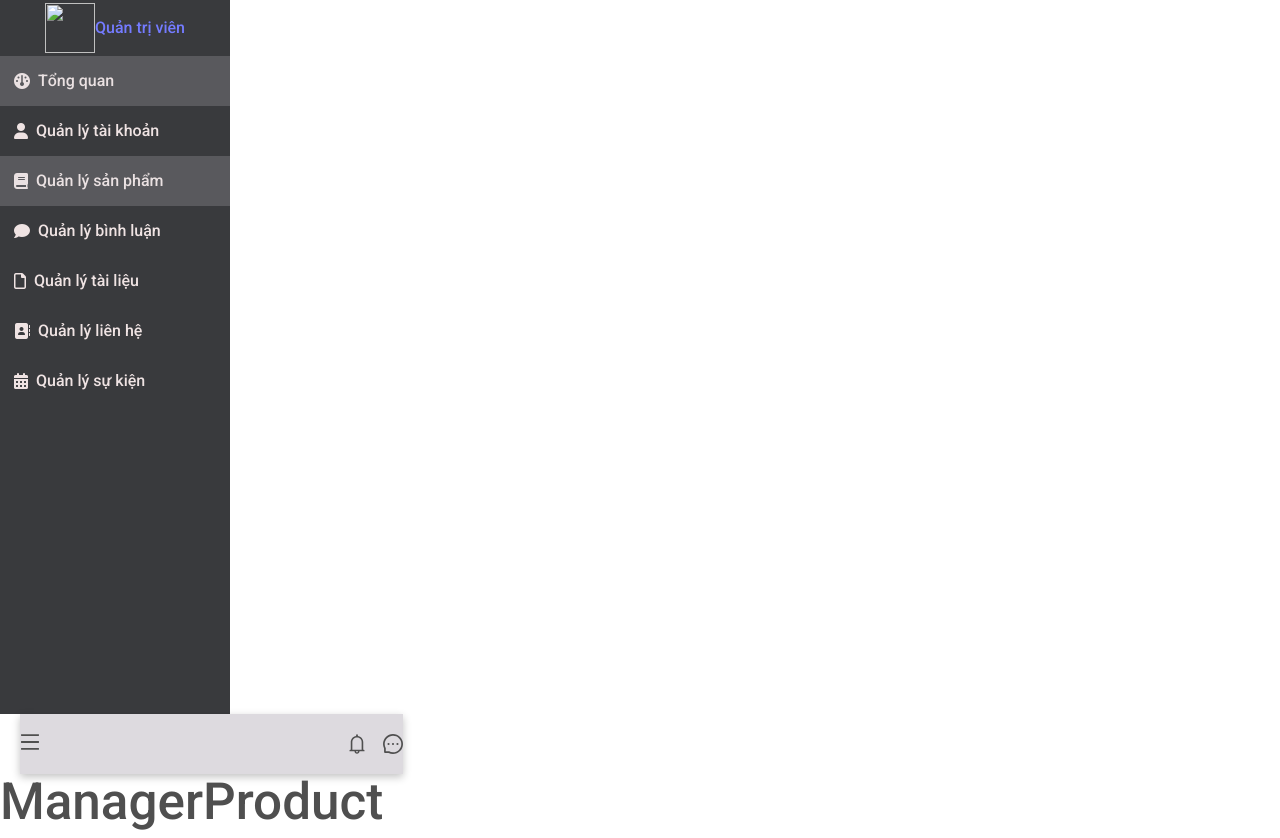
Repository: TinhTT336/MD02_Session10
Page: /admin/manager-product
The author's editor kept a copy of each file at every save. The page is drawn from the files as they stood at one save, then again after the next save.
The browser window is 1280 px wide. The pictures show the whole page.
Some web libraries are served in a nearby version. The project was rebuilt for these pictures with package versions that can differ from the ones it lists, and the page was loaded fresh each time. Also part of the build but not shown: vite.config.js, src/layouts/Navbar.jsx, src/layouts/Footer.jsx, src/components/base/button/button.css, src/components/base/button/Button.jsx, src/pages/Home.jsx, src/common/formatMoney.js, src/actions/cartActions.js and 11 more.

Above is the page before, as saved 2023-09-08 16:41:38.

After the next save:
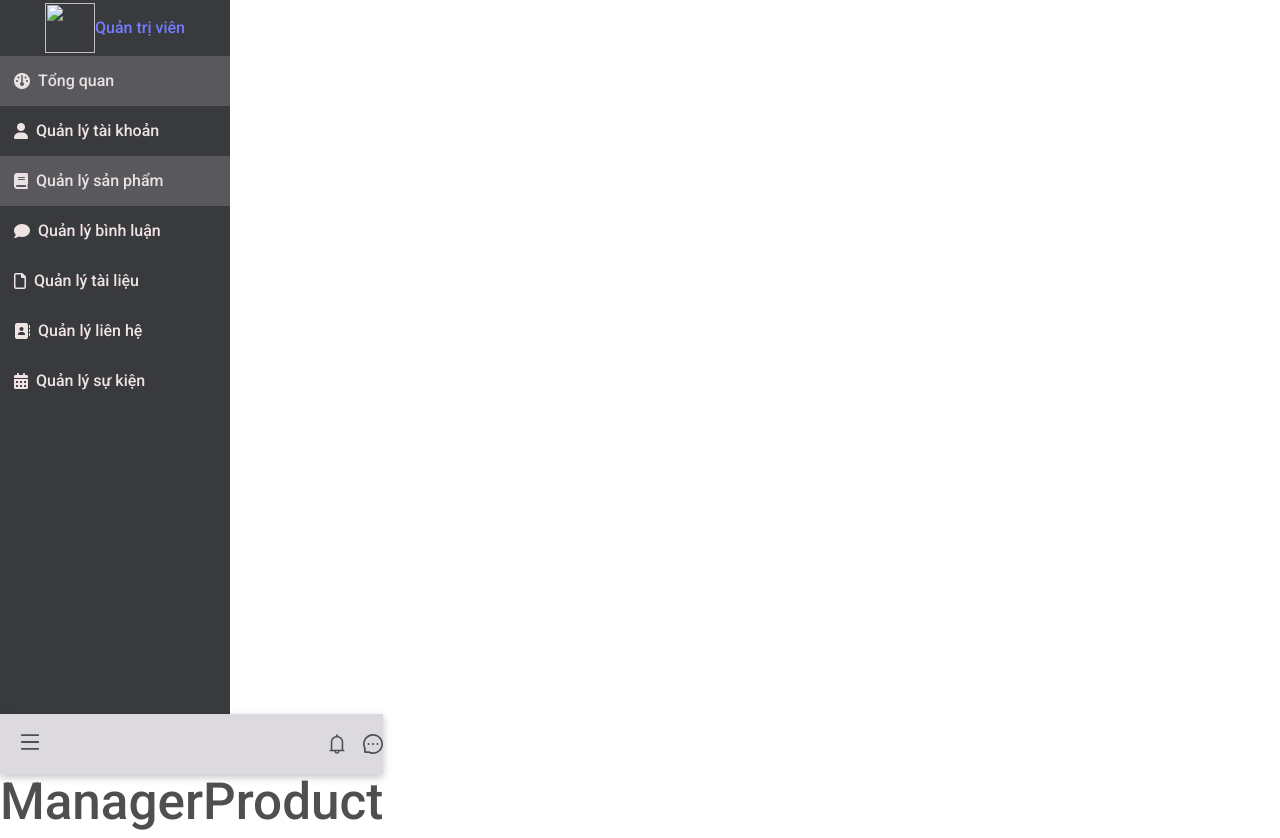
Saved 8 s later.
--- a/src/layouts/admin/header/header.css
+++ b/src/layouts/admin/header/header.css
@@ -3,5 +3,5 @@
   height: 60px;
   background-color: rgb(221, 218, 223);
   box-shadow: rgba(0, 0, 0, 0.24) 0px 3px 8px;
-  margin-left: 20px;
+  padding-left: 20px;
 }
